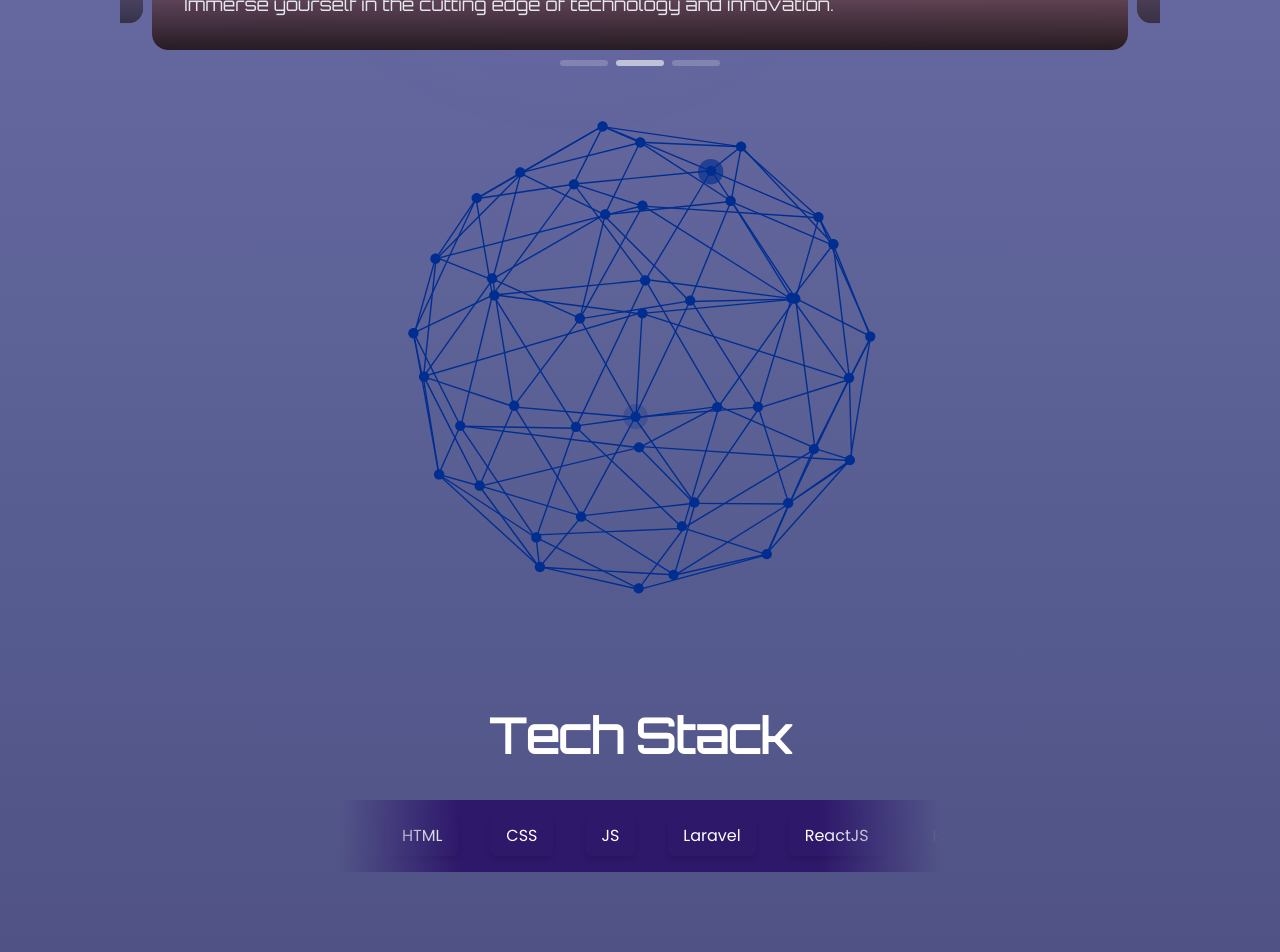
Repository: scorpios26/armel-web-dev
Page: /
An editor plug-in stored every save of this project. The page is shown before and after the next save, followed by the edit.
The browser window is 1280 px wide. The pictures show the part of the page from y = 2826 to 3778 px (the page is 3778 px tall).
Pictures or frames that could not be fetched are drawn as grey boxes. The project was rebuilt for these pictures with package versions that can differ from the ones it lists, and the page was loaded fresh each time. Also part of the build but not shown: vite.config.js, src/App.css.

Above is the page before, as saved 2025-11-26 22:01:11.

After the next save:
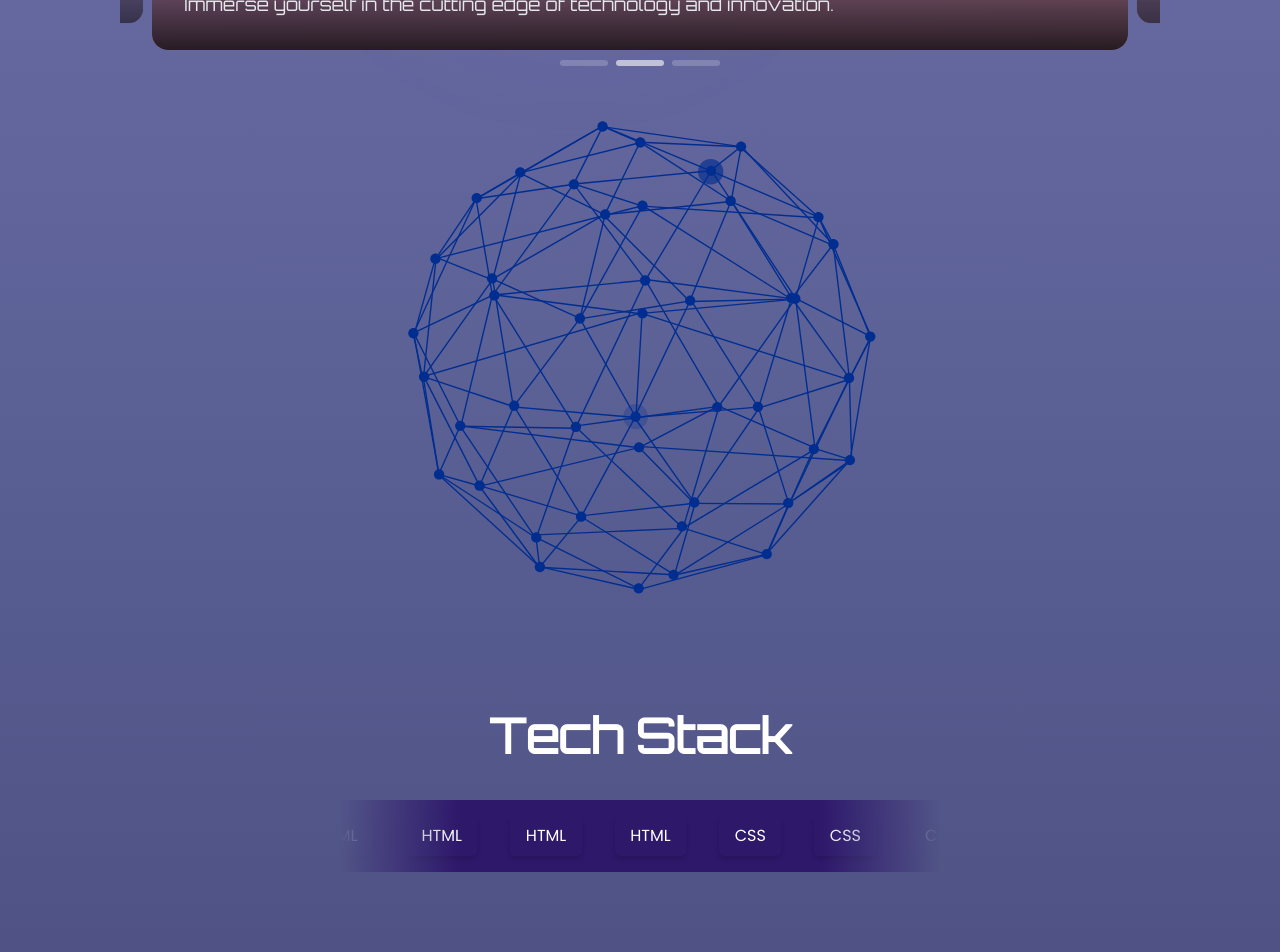
Saved 70 s later.
--- a/src/assets/components/TechCarousel.jsx
+++ b/src/assets/components/TechCarousel.jsx
@@ -15,9 +15,11 @@ export default function TechCarousel() {
     const scrollerContent = Array.from(scrollerInner.children);
 
     scrollerContent.forEach((item) => {
-      const duplicatedItem = item.cloneNode(true);
-      duplicatedItem.setAttribute("aria-hidden", "true");
-      scrollerInner.appendChild(duplicatedItem);
+      for (let i = 0; i < 2; i++) {
+        const duplicatedItem = item.cloneNode(true);
+        duplicatedItem.setAttribute("aria-hidden", "true");
+        scrollerInner.appendChild(duplicatedItem);
+      }
     });
   }, []);
 
